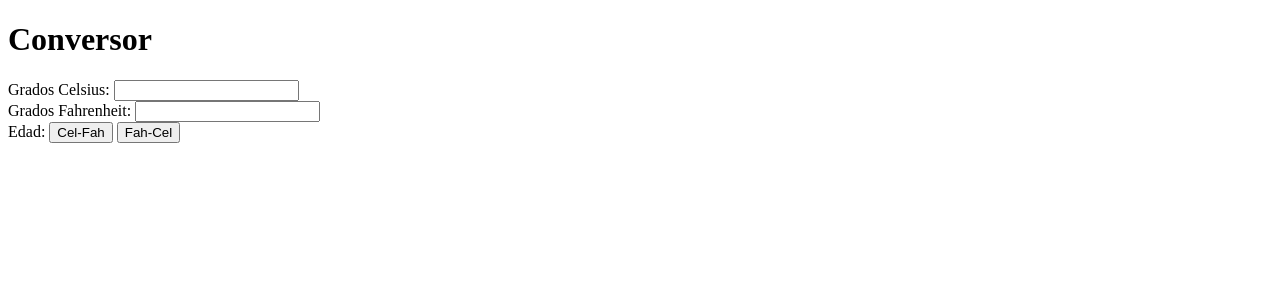
Repository: chejsidi/workspace-ecplise-back-end
Page: EJ1_servlet/src/main/webapp/WEB-INF/conversorCF.html
An editor plug-in stored every save of this project. The page is shown before and after the next save, followed by the edit.
The browser window is 1280 px wide. The pictures show the whole page.

Above is the page before, as saved 2022-11-29 09:23:48.

After the next save:
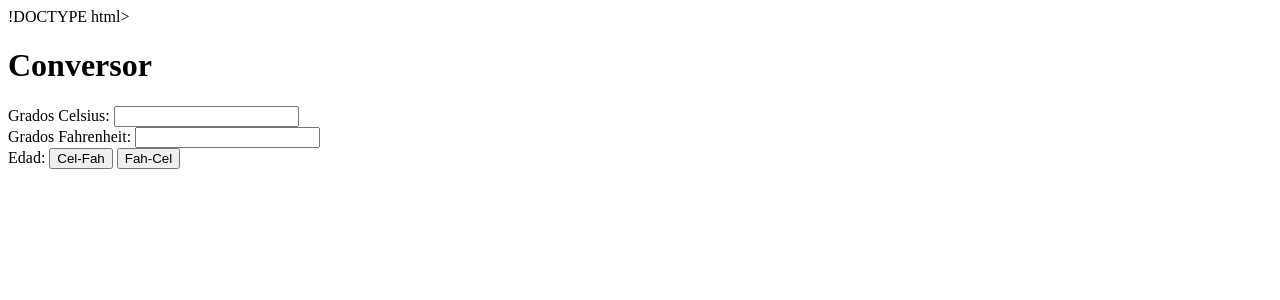
Saved 14 s later.
--- a/EJ1_servlet/src/main/webapp/WEB-INF/conversorCF.html
+++ b/EJ1_servlet/src/main/webapp/WEB-INF/conversorCF.html
@@ -1,4 +1,4 @@
-<!DOCTYPE html>
+!DOCTYPE html>
 <html>
     <head>
         <title>ConversorHTML</title>
